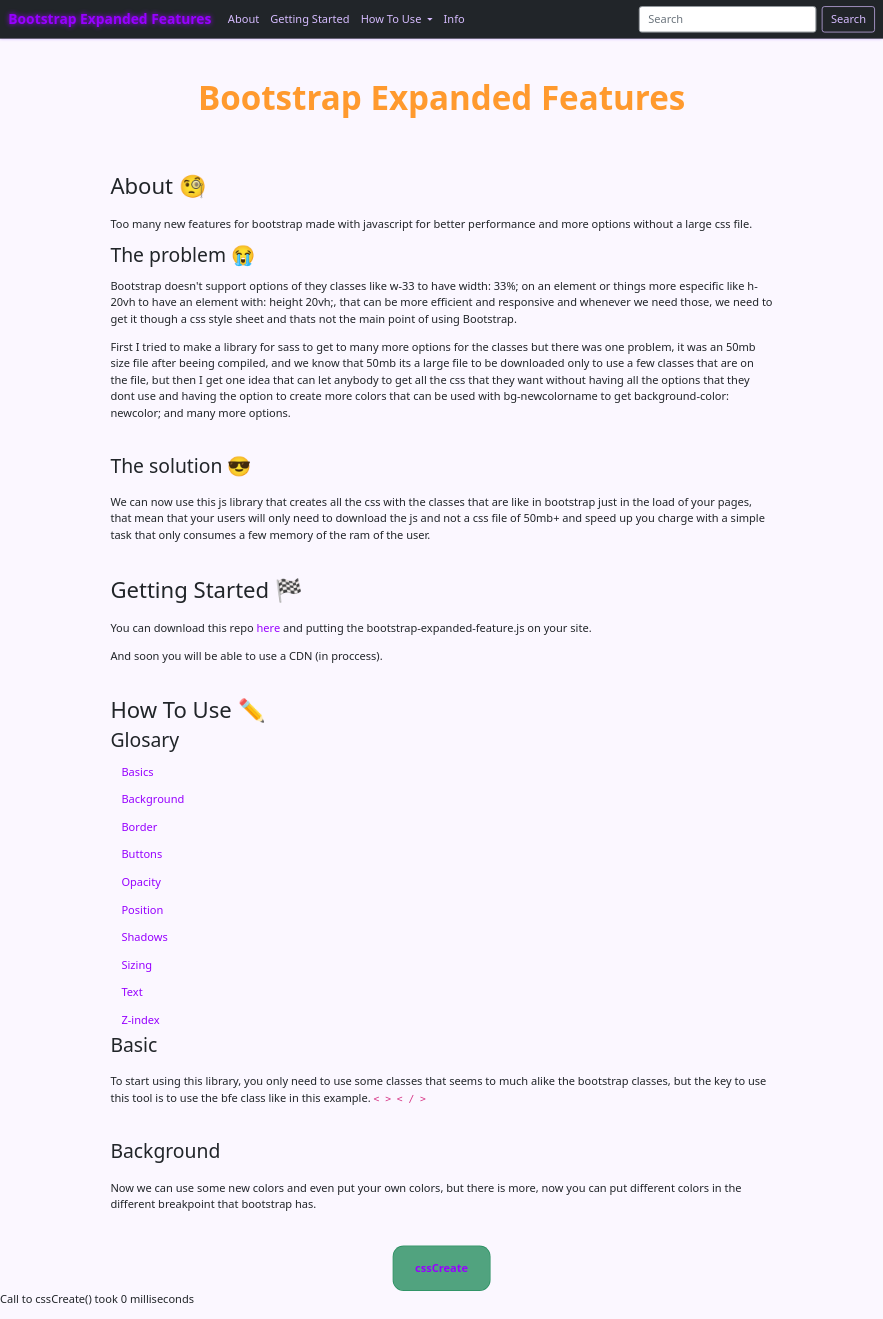
Repository: LynxPardelle/bootstrap-expanded-features
Page: index.html
An editor plug-in stored every save of this project. The page is shown before and after the next save, followed by the edit.
The browser window is 1280 px wide. The pictures show the whole page, at 69% of full size.

Above is the page before, as saved 2022-01-02 05:25:38.

### index.html
<!DOCTYPE html>
<html lang="es">
  <head>
    <meta charset="UTF-8" />
    <meta http-equiv="X-UA-Compatible" content="IE=edge" />
    <meta name="viewport" content="width=device-width, initial-scale=1.0" />
    <title>Bootstrap Expanded Features</title>
    <link
      href="https://cdn.jsdelivr.net/npm/bootstrap@5.1.3/dist/css/bootstrap.min.css"
      rel="stylesheet"
      integrity="sha384-1BmE4kWBq78iYhFldvKuhfTAU6auU8tT94WrHftjDbrCEXSU1oBoqyl2QvZ6jIW3"
      crossorigin="anonymous"
    />
    <link rel="stylesheet" href="./style.css" />
  </head>
  <body class="bef bef-bg-futurePop__OPA__0_03">
    <header>
      <nav
        class="
          navbar navbar-expand-lg navbar-dark
          bg-dark
          align-items-center
          bef
          bef-boxShadow-0px__2px__4px__lavender
          position-fixed
          top-0
          w-100
        "
      >
        <div class="container-fluid">
          <a
            class="
              navbar-brand
              bef bef-text-futurePop
              fw-bolder
              bef-textShadow-0px__0px__8px__futurePop
            "
            href="#"
            >Bootstrap Expanded Features</a
          >
          <button
            class="navbar-toggler"
            type="button"
            data-bs-toggle="collapse"
            data-bs-target="#navbarSupportedContent"
            aria-controls="navbarSupportedContent"
            aria-expanded="false"
            aria-label="Toggle navigation"
          >
            <span class="navbar-toggler-icon"></span>
          </button>
          <div class="collapse navbar-collapse" id="navbarSupportedContent">
            <ul class="navbar-nav me-auto mb-lg-0">
              <li class="nav-item">
                <a class="nav-link bef bef-text-lavender" href="#about"
                  >About</a
                >
              </li>
              <li class="nav-item">
                <a
                  class="nav-link bef bef-text-lavender"
                  href="#getting_started"
                  >Getting Started</a
                >
              </li>
              <li class="nav-item dropdown">
                <a
                  class="nav-link bef bef-text-lavender dropdown-toggle"
                  href="#howToUse"
                  id="navbarDropdown"
                  role="button"
                  data-bs-toggle="dropdown"
                  aria-expanded="false"
                >
                  How To Use
                </a>
                <ul
                  class="dropdown-menu dropdown-menu-dark"
                  aria-labelledby="navbarDropdown"
                >
                  <li>
                    <a class="dropdown-item bef bef-text-lavender" href="#"
                      >Action</a
                    >
                  </li>
                  <li>
                    <a class="dropdown-item bef bef-text-lavender" href="#"
                      >Another action</a
                    >
                  </li>
                  <li><hr class="dropdown-divider" /></li>
                  <li>
                    <a class="dropdown-item bef bef-text-lavender" href="#"
                      >Something else here</a
                    >
                  </li>
                </ul>
              </li>
              <li class="nav-item">
                <a class="nav-link bef bef-text-lavender" href="#Info">Info</a>
              </li>
            </ul>
            <form class="d-flex">
              <input
                id="searchInput"
                class="form-control me-2"
                type="search"
                placeholder="Search"
                aria-label="Search"
              />
              <button class="btn bef bef-btnOutline-lavender">Search</button>
            </form>
          </div>
        </div>
      </nav>

      <h1
        class="
          text-center
          d-block
          bef bef-w-85vw bef-w-md-75vw bef-fs-2rem bef-fs-md-3rem
          bef-m-7rem__auto__5rem
          bef-text-summer
          fw-bolder
        "
      >
        Bootstrap Expanded Features
      </h1>
    </header>

    <div>
      <main class="bef bef-w-85vw bef-wmx-1000px bef-w-md-75vw mx-auto">
        <!-- ABOUT -->
        <section>
          <a id="about"></a>
          <h2>About 🧐</h2>
          <article>
            <p class="mt-4 mb-3 text-start">
              Too many new features for bootstrap made with javascript for
              better performance and more options without a large css file.
            </p>
          </article>
          <!-- THE_PROBLEM -->
          <article>
            <h3>The problem 😭</h3>
            <p class="my-3 text-start">
              Bootstrap doesn't support options of they classes like w-33 to
              have width: 33%; on an element or things more especific like
              h-20vh to have an element with: height 20vh;, that can be more
              efficient and responsive and whenever we need those, we need to
              get it though a css style sheet and thats not the main point of
              using Bootstrap.
            </p>
            <p class="mt-3 mb-5 text-start">
              First I tried to make a library for sass to get to many more
              options for the classes but there was one problem, it was an 50mb
              size file after beeing compiled, and we know that 50mb its a large
              file to be downloaded only to use a few classes that are on the
              file, but then I get one idea that can let anybody to get all the
              css that they want without having all the options that they dont
              use and having the option to create more colors that can be used
              with bg-newcolorname to get background-color: newcolor; and many
              more options.
            </p>
          </article>
          <!-- THE_SOLUTION -->
          <article>
            <h3>The solution 😎</h3>
            <p class="mt-4 mb-5 text-start">
              We can now use this js library that creates all the css with the
              classes that are like in bootstrap just in the load of your pages,
              that mean that your users will only need to download the js and
              not a css file of 50mb+ and speed up you charge with a simple task
              that only consumes a few memory of the ram of the user.
            </p>
          </article>
        </section>
        <!-- GETTING_STARTED -->
        <section>
          <a id="getting_started"></a>
          <h2>Getting Started 🏁</h2>
          <article>
            <p class="mt-4 mb-3 text-start bef bef-link-futurePop">
              You can download this repo
              <a
                class="text-decoration-none"
                href="https://github.com/LynxPardelle/bootstrap-expanded-features.git"
                target="_blank"
                >here</a
              >
              and putting the bootstrap-expanded-feature.js on your site.
            </p>
            <p class="mt-3 mb-5 text-start bef bef-link-futurePop">
              And soon you will be able to use a CDN (in proccess).
            </p>
          </article>
        </section>
        <!-- HOW_TO_USE -->
        <section>
          <a id="howToUse"></a>
          <h2>How To Use ✏️</h2>
          <article>
            <h3>Glosary</h3>
            <ul class="nav flex-column bef bef-link-futurePop">
              <li class="nav-item">
                <a class="nav-link" href="#basicHTU">Basics</a>
              </li>
              <li class="nav-item">
                <a class="nav-link" href="#backgroundHTU">Background</a>
              </li>
              <li class="nav-item">
                <a class="nav-link" href="#borderHTU">Border</a>
              </li>
              <li class="nav-item">
                <a class="nav-link" href="#buttonsHTU">Buttons</a>
              </li>
              <li class="nav-item">
                <a class="nav-link" href="#opacityHTU">Opacity</a>
              </li>
              <li class="nav-item">
                <a class="nav-link" href="#positionHTU">Position</a>
              </li>
              <li class="nav-item">
                <a class="nav-link" href="#shadowsHTU">Shadows</a>
              </li>
              <li class="nav-item">
                <a class="nav-link" href="#sizingHTU">Sizing</a>
              </li>
              <li class="nav-item">
                <a class="nav-link" href="#textHTU">Text</a>
              </li>
              <li class="nav-item">
                <a class="nav-link" href="#zIndexHTU">Z-index</a>
              </li>
            </ul>
          </article>
          <!-- BASICHTU -->
          <article>
            <a id="basicHTU"></a>
            <h3>Basic</h3>
            <p class="mt-4 mb-5 text-start bef bef-link-futurePop">
              To start using this library, you only need to use some classes
              that seems to much alike the bootstrap classes, but the key to use
              this tool is to use the bfe class like in this example.

                <code class="">
                  &#60;  &#62;

                  &#60; &#47;  &#62;
                </code>

            </p>
          </article>
          <article>
            <a id="backgroundHTU"></a>
            <h3>Background</h3>
            <p class="mt-4 mb-5 text-start bef bef-link-futurePop">
              Now we can use some new colors and even put your own colors, but
              there is more, now you can put different colors in the different
              breakpoint that bootstrap has.
            </p>
          </article>
        </section>
      </main>
      <aside></aside>
    </div>

    <footer>
      <a id="#info"></a>
      <button
        class="
          btn
          bef
          bef-btn-success__OPA__0_75
          bef-text-futurePop
          fw-bold
          d-block
          mx-auto
          bef-p-1_25rem__2rem
          bef-rounded-1rem
        "
        onclick="cssCreate()"
      >
        cssCreate
      </button>

      <div id="befTimer"></div>
    </footer>

    <!-- TABS
      <nav>
              <div class="nav nav-tabs" id="nav-tab" role="tablist">
                <button
                  class="
                    nav-link
                    active
                    bef bef-text-futurePop bef-textHover-lavender
                    bef-bg-futurePop__OPA__0_03
                  "
                  id="nav-background-tab"
                  data-bs-toggle="tab"
                  data-bs-target="#nav-background"
                  type="button"
                  role="tab"
                  aria-controls="nav-background"
                  aria-selected="false"
                >
                  Background
                </button>
                <button
                  class="
                    nav-link
                    bef bef-text-dark bef-textHover-lavender
                    bef-bg-futurePop__OPA__0
                  "
                  id="nav-border-tab"
                  data-bs-toggle="tab"
                  data-bs-target="#nav-border"
                  type="button"
                  role="tab"
                  aria-controls="nav-border"
                  aria-selected="false"
                >
                  Border
                </button>
                <button
                  class="
                    nav-link
                    bef bef-text-dark bef-textHover-lavender
                    bef-bg-futurePop__OPA__0
                  "
                  id="nav-buttons-tab"
                  data-bs-toggle="tab"
                  data-bs-target="#nav-buttons"
                  type="button"
                  role="tab"
                  aria-controls="nav-buttons"
                  aria-selected="false"
                >
                  Buttons
                </button>
                <button
                  class="
                    nav-link
                    bef bef-text-dark bef-textHover-lavender
                    bef-bg-futurePop__OPA__0
                  "
                  id="nav-opacity-tab"
                  data-bs-toggle="tab"
                  data-bs-target="#nav-opacity"
                  type="button"
                  role="tab"
                  aria-controls="nav-opacity"
                  aria-selected="false"
                >
                  Opacity
                </button>
                <button
                  class="
                    nav-link
                    bef bef-text-dark bef-textHover-lavender
                    bef-bg-futurePop__OPA__0
                  "
                  id="nav-position-tab"
                  data-bs-toggle="tab"
                  data-bs-target="#nav-position"
                  type="button"
                  role="tab"
                  aria-controls="nav-position"
                  aria-selected="false"
                >
                  Position
                </button>
                <button
                  class="
                    nav-link
                    bef bef-text-dark bef-textHover-lavender
                    bef-bg-futurePop__OPA__0
                  "
                  id="nav-shadows-tab"
                  data-bs-toggle="tab"
                  data-bs-target="#nav-shadows"
                  type="button"
                  role="tab"
                  aria-controls="nav-shadows"
                  aria-selected="false"
                >
                  Shadows
                </button>
                <button
                  class="
                    nav-link
                    bef bef-text-dark bef-textHover-lavender
                    bef-bg-futurePop__OPA__0
                  "
                  id="nav-sizing-tab"
                  data-bs-toggle="tab"
                  data-bs-target="#nav-sizing"
                  type="button"
                  role="tab"
                  aria-controls="nav-sizing"
                  aria-selected="true"
                >
                  Sizing
                </button>
                <button
                  class="
                    nav-link
                    bef bef-text-dark bef-textHover-lavender
                    bef-bg-futurePop__OPA__0
                  "
                  id="nav-text-tab"
                  data-bs-toggle="tab"
                  data-bs-target="#nav-text"
                  type="button"
                  role="tab"
                  aria-controls="nav-text"
                  aria-selected="false"
                >
                  Text
                </button>
                <button
                  class="
                    nav-link
                    bef bef-text-dark bef-textHover-lavender
                    bef-bg-futurePop__OPA__0
                  "
                  id="nav-z-index-tab"
                  data-bs-toggle="tab"
                  data-bs-target="#nav-z-index"
                  type="button"
                  role="tab"
                  aria-controls="nav-z-index"
                  aria-selected="false"
                >
                  Z-index
                </button>
              </div>
            </nav>
            <div class="tab-content" id="nav-tabContent">
              <div
                class="tab-pane fade show active mt-3 mb-5"
                id="nav-background"
                role="tabpanel"
                aria-labelledby="nav-background-tab"
              >
                <h3 class="text-center">Background</h3>

                <p>
                  Now we can use some new colors and even put your own colors,
                  but there is more, now you can put diferent colors in the
                  diferent breakpoint that bootstrap has.
                </p>
              </div>
              <div
                class="tab-pane fade"
                id="nav-border"
                role="tabpanel"
                aria-labelledby="nav-border-tab"
              >
                Border
              </div>
              <div
                class="tab-pane fade"
                id="nav-buttons"
                role="tabpanel"
                aria-labelledby="nav-buttons-tab"
              >
                Buttons
              </div>
              <div
                class="tab-pane fade"
                id="nav-opacity"
                role="tabpanel"
                aria-labelledby="nav-opacity-tab"
              >
                Opacity
              </div>
              <div
                class="tab-pane fade"
                id="nav-position"
                role="tabpanel"
                aria-labelledby="nav-position-tab"
              >
                Position
              </div>
              <div
                class="tab-pane fade"
                id="nav-shadows"
                role="tabpanel"
                aria-labelledby="nav-shadows-tab"
              >
                Shadows
              </div>
              <div
                class="tab-pane fade"
                id="nav-sizing"
                role="tabpanel"
                aria-labelledby="nav-sizing-tab"
              >
                Sizing
              </div>
              <div
                class="tab-pane fade"
                id="nav-text"
                role="tabpanel"
                aria-labelledby="nav-text-tab"
              >
                Text
              </div>
              <div
                class="tab-pane fade"
                id="nav-z-index"
                role="tabpanel"
                aria-labelledby="nav-z-index-tab"
              >
                Z-Index
              </div>
            </div>
-->

    <!--
Classes:
w width
h height
wmx max-width
hmx max-height
wmn min-width
hmn min-height
rounded border-radius
z z-index
opacity opacity
top top
bottom bottom
end left
start right
fs font-size
lh line-height
gap gap
p padding
m margin
border border-width
borderStyle border-style

bg background-color
text color
link a color
borderColor border-color
btn background-color border-color box-shadow
btnOutline border-color box-shadow
boxShadow box-shadow
textShadow text-shadow

Sides:
s left
e right
t top
b bottom
x left & right
y top & bottom

BreakPoints:
sm 576
md 768
lg 992
xl 1200
xxl 1400
-->
    <script
      src="https://cdn.jsdelivr.net/npm/bootstrap@5.1.3/dist/js/bootstrap.bundle.min.js"
      integrity="sha384-ka7Sk0Gln4gmtz2MlQnikT1wXgYsOg+OMhuP+IlRH9sENBO0LRn5q+8nbTov4+1p"
      crossorigin="anonymous"
    ></script>
    <script>
      var colors = {
        monster: "#00AA00",
        futurePop: "#9700FF",
      };
    </script>
    <script src="./bootstrap-expanded-features.js"></script>
    <script src="./bef-example-page.js"></script>
  </body>
</html>

### bef-example-page.js
"use strict";
var tabBackground = bootstrap.Tab.getOrCreateInstance(
  document.getElementById("nav-background")
); // Returns a Bootstrap tab instance
var tabButtonBackground = document.getElementById("nav-background-tab");
var tabBorder = bootstrap.Tab.getOrCreateInstance(
  document.getElementById("nav-border")
); // Returns a Bootstrap tab instance
var tabButtonBorder = document.getElementById("nav-border-tab");
var tabButtons = bootstrap.Tab.getOrCreateInstance(
  document.getElementById("nav-buttons")
); // Returns a Bootstrap tab instance
var tabButtonButtons = document.getElementById("nav-buttons-tab");
var tabOpacity = bootstrap.Tab.getOrCreateInstance(
  document.getElementById("nav-opacity")
); // Returns a Bootstrap tab instance
var tabButtonOpacity = document.getElementById("nav-opacity-tab");
var tabPosition = bootstrap.Tab.getOrCreateInstance(
  document.getElementById("nav-position")
); // Returns a Bootstrap tab instance
var tabButtonPosition = document.getElementById("nav-position-tab");
var tabShadows = bootstrap.Tab.getOrCreateInstance(
  document.getElementById("nav-shadows")
); // Returns a Bootstrap tab instance
var tabButtonShadows = document.getElementById("nav-shadows-tab");
var tabSizing = bootstrap.Tab.getOrCreateInstance(
  document.getElementById("nav-sizing")
); // Returns a Bootstrap tab instance
var tabButtonSizing = document.getElementById("nav-sizing-tab");
var tabText = bootstrap.Tab.getOrCreateInstance(
  document.getElementById("nav-text")
); // Returns a Bootstrap tab instance
var tabButtonText = document.getElementById("nav-text-tab");
var tabZIndex = bootstrap.Tab.getOrCreateInstance(
  document.getElementById("nav-z-index")
); // Returns a Bootstrap tab instance
var tabButtonZIndex = document.getElementById("nav-z-index-tab");

var tabEls = document.querySelectorAll('button[data-bs-toggle="tab"]');
for (let tabEl of tabEls) {
  console.log(tabEl);
  tabEl.addEventListener("shown.bs.tab", function (event) {
    // newly activated tab
    event.target;
    if (event.target.classList.contains("bef-text-dark")) {
      event.target.classList.remove("bef-text-dark");
    }
    if (event.target.classList.contains("bef-bg-futurePop__OPA__0")) {
      event.target.classList.remove("bef-bg-futurePop__OPA__0");
    }
    event.target.classList.add("bef-text-futurePop");
    event.target.classList.add("bef-bg-futurePop__OPA__0_03");
    // previous active tab
    event.relatedTarget;
    if (event.target.classList.contains("bef-text-futurePop")) {
      event.relatedTarget.classList.remove("bef-text-futurePop");
    }
    if (event.target.classList.contains("bef-bg-futurePop__OPA__0_03")) {
      event.relatedTarget.classList.remove("bef-bg-futurePop__OPA__0_03");
    }
    event.relatedTarget.classList.add("bef-text-dark");
    event.relatedTarget.classList.add("bef-bg-futurePop__OPA__0");
  });
}

Loaded but not shown: bootstrap-expanded-features.js (library); style.css (no stored copy; drawn as an empty file)

After the next save:
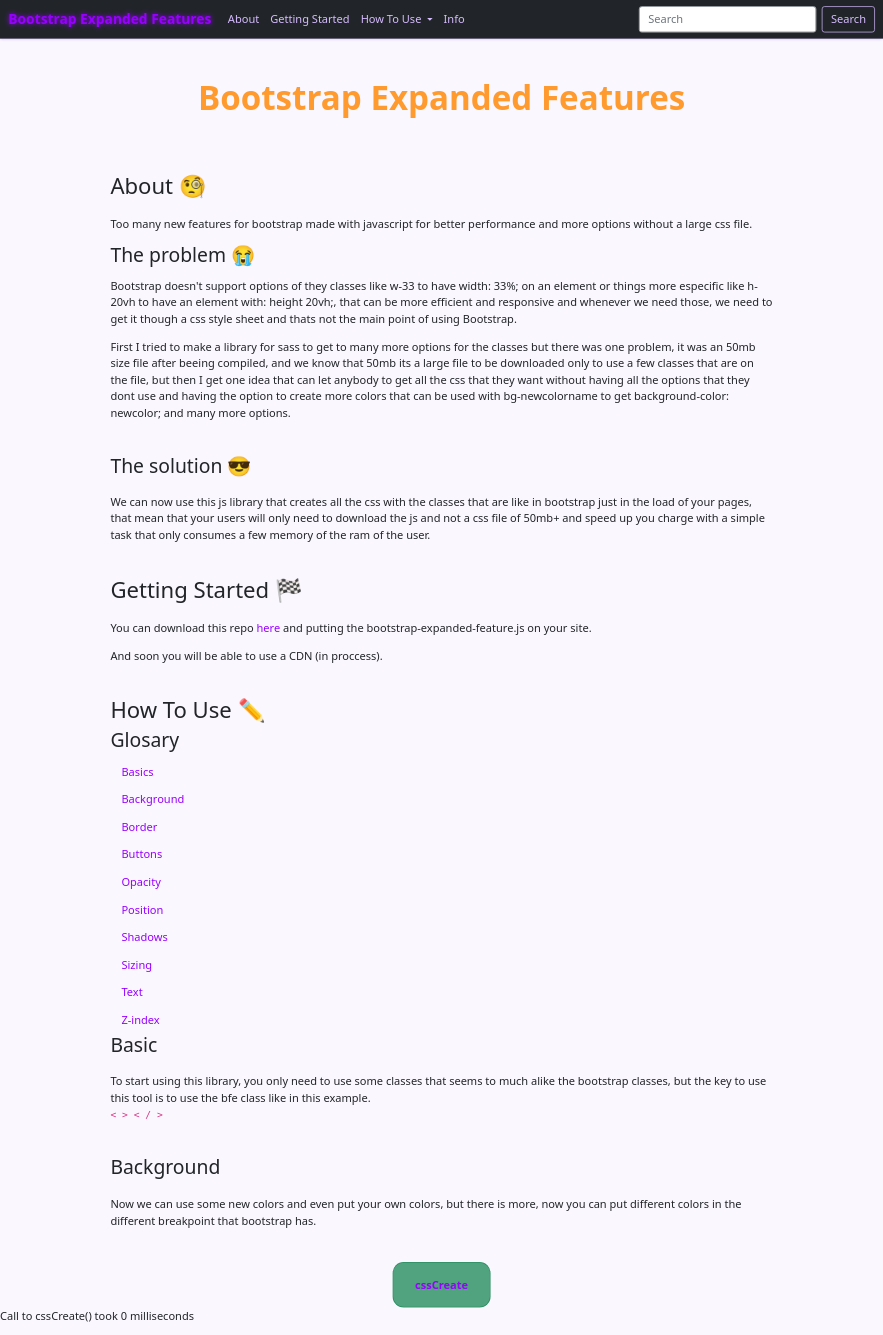
Saved 9 s later.
--- a/index.html
+++ b/index.html
@@ -243,12 +243,9 @@
               that seems to much alike the bootstrap classes, but the key to use
               this tool is to use the bfe class like in this example.
 
-                <code class="">
-                  &#60;  &#62;
-
-                  &#60; &#47;  &#62;
-                </code>
-
+              <br />
+
+              <code class=""> &#60; &#62; &#60; &#47; &#62; </code>
             </p>
           </article>
           <article>
